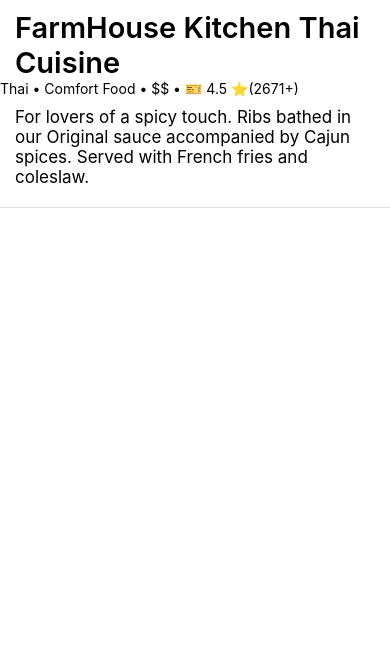
Repository: remydev47/ubereats-frontend
Screen: /RestaurantDetails
These files come from the project's save history. The screen is drawn as it stood at one moment and after the next save; the edit follows.
The pictures show rows 180 to 844 of an output 844 px tall.
The app was drawn by React Native's web renderer in a window 390 px wide. The project was rebuilt for these pictures with package versions that can differ from the ones it lists, and the page was loaded fresh each time. Also part of the build but not shown: components/Home/HeaderTabs.js, components/Home/SearchBar.js, components/Home/Categories.js, components/Home/RestaurantItems.js, components/Home/BottomTabs.js, Screens/Home.js.

Above is the screen before, as saved 2022-05-29 22:58:03.

After the next save:
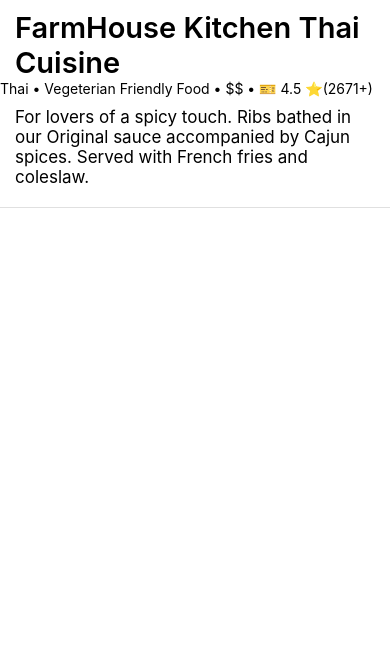
Saved 3 min 10 s later.
--- a/components/restaurantDetails/About.js
+++ b/components/restaurantDetails/About.js
@@ -5,7 +5,7 @@
 
 const title = "FarmHouse Kitchen Thai Cuisine"
 
-const detail = "Thai • Comfort Food • $$ • 🎫 4.5 ⭐(2671+)"
+const detail = "Thai • Vegeterian Friendly Food • $$ • 🎫 4.5 ⭐(2671+)"
 
 const description = "For lovers of a spicy touch. Ribs bathed in our Original sauce accompanied by Cajun spices. Served with French fries and coleslaw."
 
@@ -43,7 +43,7 @@
 }
 const Restaurantdetails = (props) => {
   return(
-    <Text>
+    <Text style={{}}>
       {props.details}
     </Text>
   )
